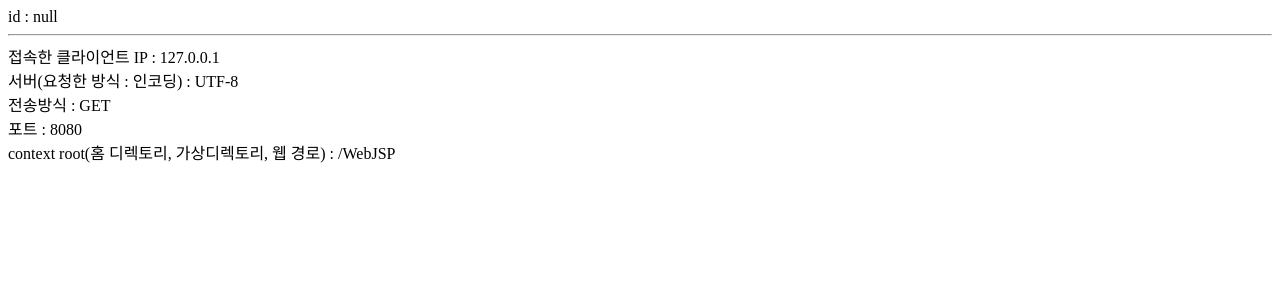
Repository: wook-dragon/wook_dragon
Page: http://localhost/WebJSP/Ex04_request.jsp
These files come from the project's save history. The page is drawn as it stood at one moment and after the next save; the edit follows.
The browser window is 1280 px wide. The pictures show the whole page.
The page is served by Tomcat 9. Other server files are loaded and not shown.

Above is the page before, as saved 2019-10-23 05:54:17.

### WebJSP/JSPLab/WebJSP/WebContent/Ex04_request.jsp
<%@ page language="java" contentType="text/html; charset=UTF-8"
    pageEncoding="UTF-8"%>
<%
	request.setCharacterEncoding("UTF-8");
	String id = request.getParameter("id");

	/*
	request객체
	Tomcat이 가지고 있는 내장객체
	[JSP파일에서는 Default Tomcat 내장 객체를 선언없이 사용가능]

	request객체 (요청객체)
	1. 요청 페이지당 한개의 request 객체 생성
	2. 클라이언트 정보를 서버로 보내기(request)
	3. 클라이언트의 정보(IP, 브라우져 버전, 종류)

	request 내장 객체는 클라이언트에서 서버로 요청할때 생성되는
	HttpServletRequest 타입을 갖는 객체가 자동 생성되고 그 주소를 참조하는 request
	 */
%>
<!DOCTYPE html>
<html>
<head>
<meta charset="UTF-8">
<title>Request 객체 함수</title>
</head>
<body>
id : <%=id %><hr>
접속한 클라이언트 IP : <%=request.getRemoteAddr() %><br>
서버(요청한 방식 : 인코딩) : <%=request.getCharacterEncoding() %><br>
전송방식 : <%= request.getMethod() %><br>
포트 : <%= request.getServerPort() %><br>
context root(홈 디렉토리, 가상디렉토리, 웹 경로) : <%= request.getContextPath() %><br>
</body>
</html>

After the next save:
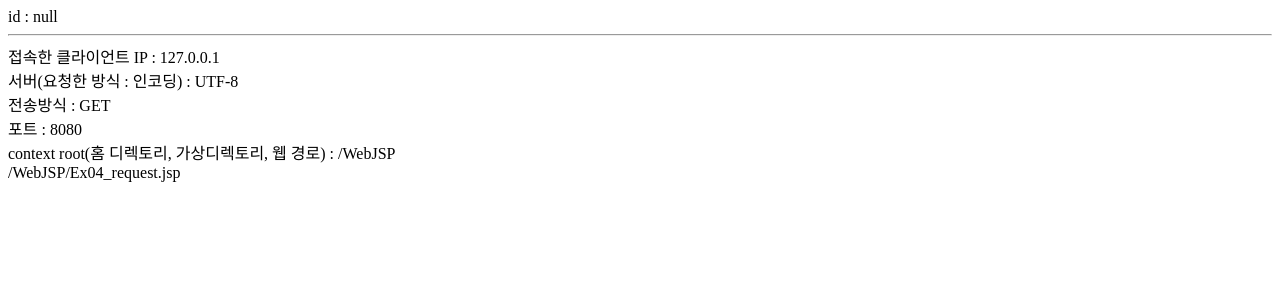
Saved 9 min 27 s later.
--- a/WebJSP/JSPLab/WebJSP/WebContent/Ex04_request.jsp
+++ b/WebJSP/JSPLab/WebJSP/WebContent/Ex04_request.jsp
@@ -31,5 +31,6 @@ id : <%=id %><hr>
 전송방식 : <%= request.getMethod() %><br>
 포트 : <%= request.getServerPort() %><br>
 context root(홈 디렉토리, 가상디렉토리, 웹 경로) : <%= request.getContextPath() %><br>
+<%= request.getRequestURI() %>
 </body>
 </html>
